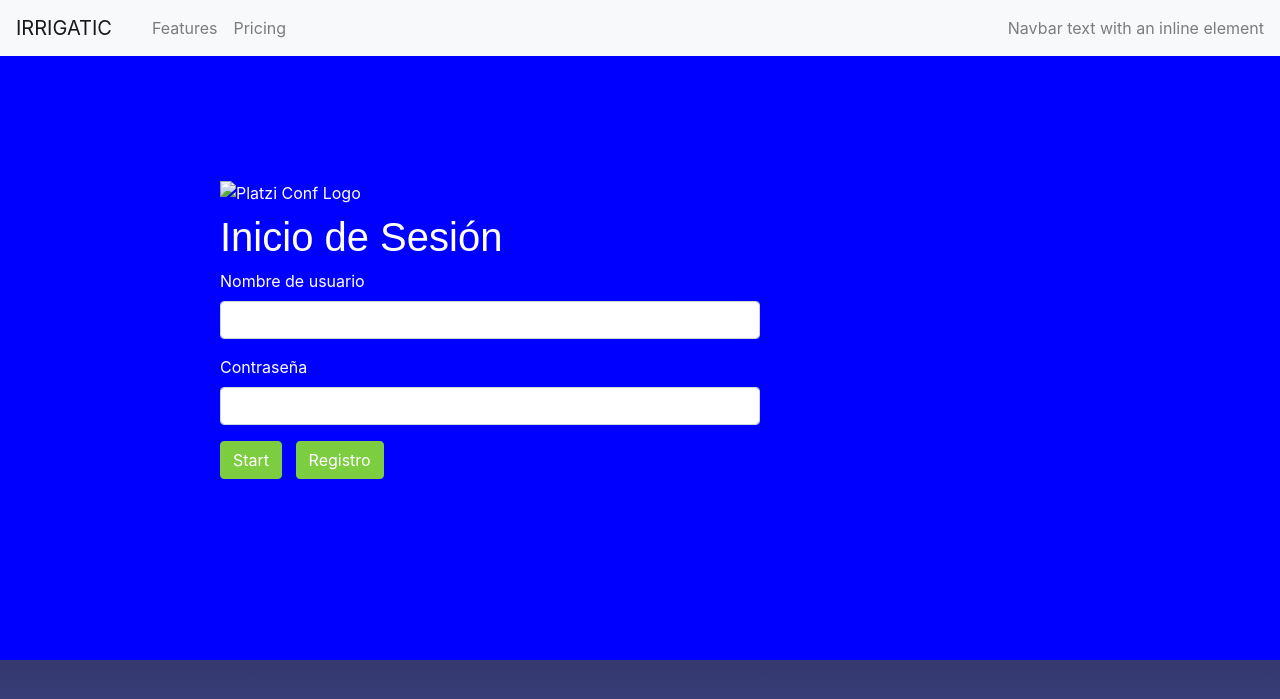
Repository: CristianPalta1/pages_react
Page: /
These files come from the project's save history. The page is drawn as it stood at one moment and after the next save; the edit follows.
The browser window is 1280 px wide. The pictures show the whole page.
The project was rebuilt for these pictures with package versions that can differ from the ones it lists, and the page was loaded fresh each time. Also part of the build but not shown: src/components/styles/Navbar.css, src/components/Container.jsx, src/pages/Dashboard.jsx, src/pages/IngresoDoc.jsx, src/pages/NotifiDoc.jsx, src/pages/styles/Badges.css, src/components/Registros.jsx, src/components/styles/BadgesList.css and 7 more.

Above is the page before, as saved 2019-08-29 15:02:07.

### src/index.js
import React from 'react';
import ReactDOM from 'react-dom';
import './index.css';
import 'bootstrap/dist/css/bootstrap.css'

import App from './components/App';
import * as serviceWorker from './serviceWorker';

ReactDOM.render(<App />, document.getElementById('root'));



// If you want your app to work offline and load faster, you can change
// unregister() to register() below. Note this comes with some pitfalls.
// Learn more about service workers: https://bit.ly/CRA-PWA
serviceWorker.unregister();

### src/index.css
body {
  margin: 0;
  font-family: -apple-system, BlinkMacSystemFont, "Segoe UI", "Roboto", "Oxygen",
    "Ubuntu", "Cantarell", "Fira Sans", "Droid Sans", "Helvetica Neue",
    sans-serif;
  -webkit-font-smoothing: antialiased;
  -moz-osx-font-smoothing: grayscale;
}

code {
  font-family: source-code-pro, Menlo, Monaco, Consolas, "Courier New",
    monospace;
}


@import url('https://fonts.googleapis.com/css?family=Lato:300,400,700');
@import url('https://fonts.googleapis.com/css?family=Anton');


* {
  -webkit-font-smoothing: antialiased;
  -moz-osx-font-smoothing: grayscale;
}

body {
  font-family: 'Lato', 'Helvetica Neue', sans-serif;
  background-color: #F4F4F7;
}

h1 {
  font-family: 'Anton', sans-serif;
}

a.link-unstyled {
  color: inherit;
}

a.link-unstyled:hover {
  color: inherit;
  text-decoration: none;
}

.btn {
  padding: 0.375rem 2rem;
}

.btn.btn-primary {
  color: #fff;
  background-color: #7DCD40;
  border-color: #7DCD40;
}

.btn.btn-primary:not(:disabled):not(.disabled):hover {
  color: #fff;
  background-color: #7DCD40;
  border-color: #7DCD40;
}

.btn.btn-primary:not(:disabled):not(.disabled):active {
  color: #fff;
  background-color: #7DCD40;
  border-color: #7DCD40;
}

.btn.btn-primary:not(:disabled):not(.disabled):focus {
  box-shadow: 0 0 0 0.2rem rgba(125, 205, 64, 0.5);
}

.btn.btn-danger {
  color: #fff;
  background-color: #CD4040;
  border-color: #CD4040;
}

.btn.btn-danger:not(:disabled):not(.disabled):hover {
  color: #fff;
  background-color: #CD4040;
  border-color: #CD4040;
}

.btn.btn-danger:not(:disabled):not(.disabled):active {
  color: #fff;
  background-color: #CD4040;
  border-color: #CD4040;
}

.btn.btn-danger:not(:disabled):not(.disabled):focus {
  box-shadow: 0 0 0 0.2rem rgba(255, 64, 64, 0.5);
}

### src/components/App.js


import React from 'react';
import { BrowserRouter, Switch, Route } from 'react-router-dom';

// import logo from './logo.svg';
// import './App.css';
// import Navbar from "./Navbar";
// import Carousel from './Carousel';
// import Badge from './Badge';
// import Forms from './Forms';
import Layout from './Layout';
import Inicio from '../pages/Inicio';
import Dashboard from '../pages/Dashboard';
import IngresoDoc from '../pages/IngresoDoc';
import NotificDoc from '../pages/NotifiDoc';
import Registro from '../pages/Registro';
import Loader from '../pages/Loader'
import NotFound from '../pages/NotFound';

function App() {
  return (
    <BrowserRouter>
      <Layout>
        <Switch>
          <Route exact path="/" component={Inicio} />
          <Route exact path="/Dashboard" component={Dashboard} />
          <Route exact path="/Registro_Usuarios" component={Registro} />
          <Route exact path="/Dashboard/Ingreso_Documentos" component={IngresoDoc} />
          <Route exact path="/Dashboard/Notificacion_Documentos" component={NotificDoc} />
          <Route exact path="/Dashboard/Datos_Api" component={Loader} />
          <Route component={NotFound} />
        </Switch>
      </Layout>
    </BrowserRouter>

  );
}

export default App;

### src/pages/Inicio.jsx
//Aqui mostrare el formulario de inicio de sesión

import React, { Component } from "react";
// import { Link } from "react-router-dom";

import "./styles/Home.css";
import Forms from "../components/Forms";

class Inicio extends Component {
  //Debo inicializar mi estado, como objeto vacio
  state = {
    form: {
        Name: '',
        Pass: ''
    }
  };

  handleChange = e => {
    //Para ver el valor del inpunt see escribe value:e.target.value
    //tambien funciona con el input para saber que es name:e.target.name

    // const nextForm = this.state.form
    // nextForm[e.target.name] =  e.target.value;

    this.setState({
      // form: nextForm,
      //Esto es lo que va a hacer es que cada campo, se guardada en su respectivo input
      form: {
        ...this.state.form,
        [e.target.name]: e.target.value
      }
    });
  };

  //Evento para saber que sucedio al hacer click en el boton
  handleClick = e => {
    console.log("Boton Oprimido");
  };

  //El boton es de tipo submit, si no quiero que eso pase porque recarga la pagina,
  //debo espicicar el tipo de boton. En este caso tipo button
  handleSubmit = e => {
    e.preventDefault();
    console.log("Formulario ha sido Enviado");
    console.log(this.state.form);
  };

  render() {
    return (
      <div className="Home">
        <div className="container">
          <div className="row">
            <div className="col-8">
              <Forms
              onChange={this.handleChange}
              formValues = {this.state.form}/>
            </div>
            <div className="col-4">
              jojoj
            </div>
          </div>
        </div>
      </div>
    );
  }
}

export default Inicio;

### src/components/Navbar.jsx
import React from "react";
import { Link } from "react-router-dom";
import "./styles/Navbar.css";

// import './styles/Navbar.css';
// import logo from '../images/logo.svg';

class Navbar extends React.Component {
  render() {
    return (
      <nav className="navbar navbar-expand-lg navbar-light bg-light fixed-top" role="navigation">
        <a className="navbar-brand" href="#">
          IRRIGATIC
        </a>
        <button
          className="navbar-toggler"
          type="button"
          data-toggle="collapse"
          data-target="#navbarText"
          aria-controls="navbarText"
          aria-expanded="false"
          aria-label="Toggle navigation"
        >
          <span className="navbar-toggler-icon"></span>
        </button>
        <div className="collapse navbar-collapse" id="navbarText">
          <ul className="navbar-nav mr-auto">
            <li className="nav-item active">
              <a className="nav-link" href="#">

              </a>
            </li>
            <li className="nav-item">
              <a className="nav-link" href="#">
                Features
              </a>
            </li>
            <li className="nav-item">
              <a className="nav-link" href="#">
                Pricing
              </a>
            </li>
          </ul>
          <span className="navbar-text">Navbar text with an inline element</span>
        </div>
      </nav>
    );
  }
}

export default Navbar;

### src/pages/styles/Home.css
.Home {
  width: 100%;
  min-height: calc(100vh - 60px);
  background: #0000ff;
  /* background: url('../../images/stars.svg'), #1B1B25; */
  background-repeat: repeat;

  color: #ffffff;

  display: flex;
  align-items: center;
}

.Home__col {
  display: flex;
  flex-direction: column;
  justify-content: center;
  align-items: center;
}

@media screen and (min-width: 768px) {
  .Home__col {
    align-items: flex-start;
  }
}

### src/components/Forms.jsx
import React from 'react';
import { Link } from "react-router-dom";

import "./styles/Home.css";

class Forms extends React.Component {

//   state = {
//     Name: '',
//     Pass: ''
// };

  handleChange = e => {
    //Para ver el valor del inpunt see escribe value:e.target.value
    //tambien funciona con el input para saber que es name:e.target.name
  }

  //Evento para saber que sucedio al hacer click en el boton
  handleClick = e => {
    console.log('Boton Oprimido');
  };


  //El boton es de tipo submit, si no quiero que eso pase porque recarga la pagina,
  //debo espicicar el tipo de boton. En este caso tipo button
  handleSubmit = e => {
    e.preventDefault();
    console.log('Formulario ha sido Enviado');
    console.log(this.props.formValues);
  };

  render() {
    return (
      <div className="Home">
        <div className="container">
          {/* <div className="row"> */}
            {/* <div className="Home__col col-12 col-md-4"> */}
              <img
                // src={platziconfLogoImage}
                alt="Platzi Conf Logo"
                className="img-fluid mb-2"
              />

              <h1>Inicio de Sesión</h1>

              <form onSubmit={this.handleSubmit}>
                <div className="form-group">
                  <label>Nombre de usuario</label>
                  <input
                    onChange={this.props.onChange}
                    className="form-control"
                    type="text"
                    name="Name"
                    value={this.props.formValues.Name}
                  />
                </div>

                <div className="form-group">
                  <label>Contraseña</label>
                  <input
                    onChange={this.props.onChange}
                    className="form-control"
                    type="password"
                    name="Pass"
                    value={this.props.formValues.Pass}
                  />
                </div>
                <Link
                  onClick={this.handleClick}
                  className="btn btn-primary"
                  to="/Dashboard">
                  Start
                </Link>
                &nbsp;&nbsp;&nbsp;
                <Link
                className="btn btn-primary"
                to="/Registro_Usuarios">
                  Registro
                </Link>
              </form>

            {/* </div> */}

            {/* <div className="Home__col d-none d-md-block col-md-8">
              <img
                // src={astronautsImage}
                alt="Astronauts"
                className="img-fluid p-4"
              />
            </div> */}
          {/* </div> */}
        </div>
      </div>
    );
  }
}

export default Forms;

### src/pages/styles/Api.css
* {
    box-sizing: border-box;
  }

  body {
    font-family: -apple-system, BlinkMacSystemFont, "Segoe UI", Roboto, Oxygen,
      Ubuntu, Cantarell, "Open Sans", "Helvetica Neue", sans-serif;
    color: white;
    background: rgb(22, 24, 38);
    background: linear-gradient(
      180deg,
      rgba(22, 24, 38, 1) 0%,
      rgba(22, 24, 38, 1) 40%,
      rgba(58, 62, 123, 1) 100%
    );
    background-repeat: no-repeat;
    min-height: 100vh;
  }

  .App {
    display: flex;
    flex-direction: column;
  }

  .Logo {
    align-self: center;
    max-width: 100%;
  }

  ul {
    list-style: none;
    padding-left: 0;
  }

  .container {
    width: 100%;
    max-width: 900px;
    margin: 0 auto;
  }

  .row {
    display: flex;
    flex-wrap: wrap;
  }

  .col-6 {
    padding-left: 0.5rem;
    padding-right: 0.5rem;
    flex-basis: 50%;
  }

  @media screen and (min-width: 600px) {
    .col-md-3 {
      padding-left: 0.5rem;
      padding-right: 0.5rem;
      flex-basis: 25%;
    }
  }

  .CharacterCard {
    width: 100%;
    height: 240px;
    background: white;
    background-size: cover;
    background-repeat: no-repeat;
    background-position: center;
    border-radius: 5px;
    overflow: hidden;
    margin-bottom: 1rem;
    position: relative;
  }

  .CharacterCard__name-container {
    color: white;
    position: absolute;
    bottom: 0;
    width: 100%;
    background-color: rgba(0, 0, 0, 0.7);
    padding: 1rem 0.5rem;
  }

  .text-truncate {
    text-overflow: ellipsis;
    white-space: nowrap;
    overflow: hidden;
  }

  .text-center {
    text-align: center;
  }

  button {
    background-color: #44c767;
    border-radius: 4px;
    border: 1px solid #18ab29;
    display: inline-block;
    cursor: pointer;
    color: #ffffff;
    font-size: 17px;
    padding: 16px 31px;
    text-decoration: none;
    text-shadow: 0px 1px 0px #2f6627;
  }

Loaded but not shown: public/index.html (common file); src/serviceWorker.js (common file); src/components/Layout.jsx (common file)

After the next save:
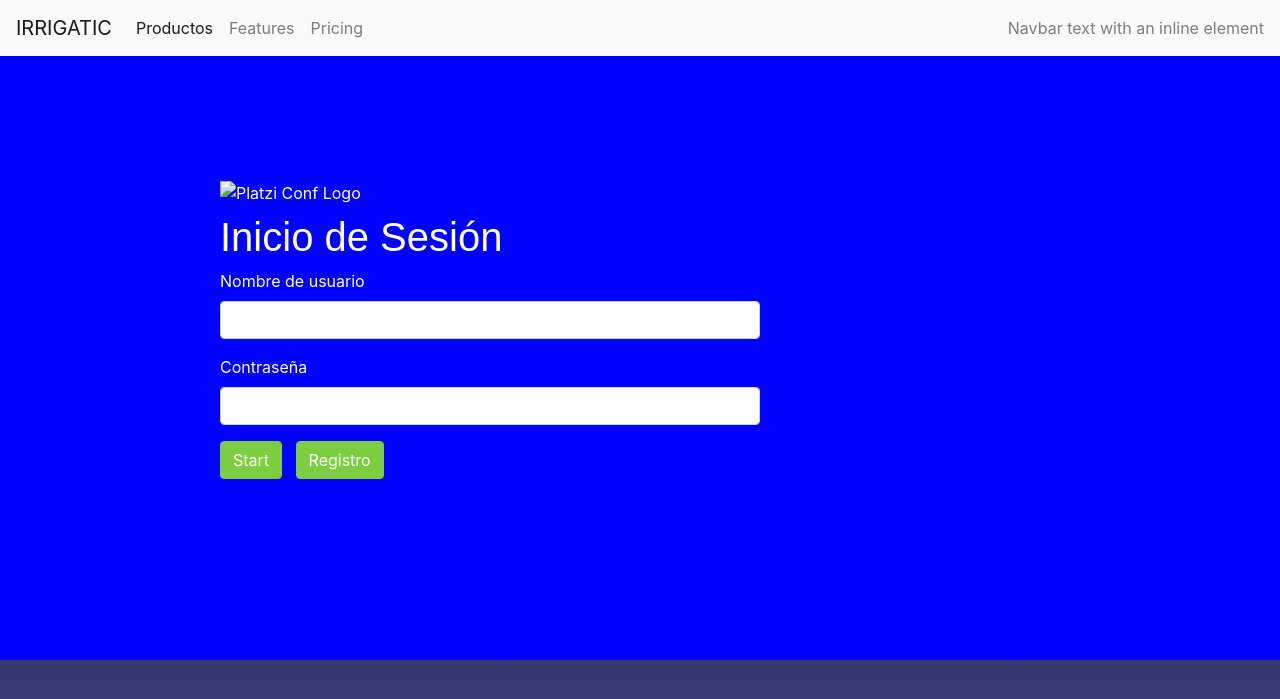
Saved 6 s later.
--- a/src/components/Navbar.jsx
+++ b/src/components/Navbar.jsx
@@ -27,7 +27,7 @@ class Navbar extends React.Component {
           <ul className="navbar-nav mr-auto">
             <li className="nav-item active">
               <a className="nav-link" href="#">
-
+                Productos
               </a>
             </li>
             <li className="nav-item">
